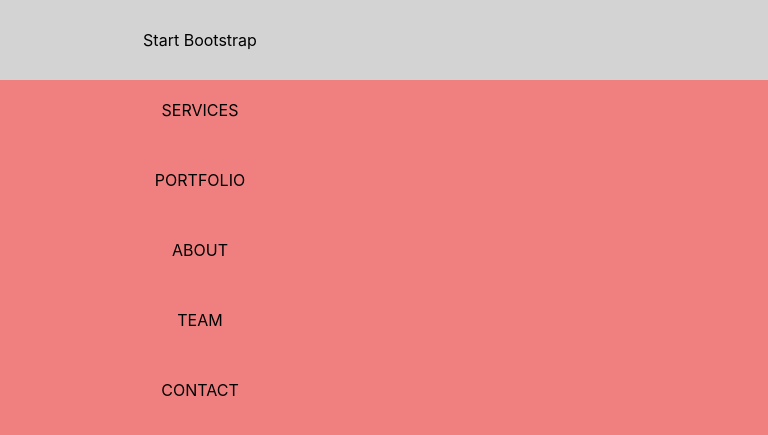
Repository: ooter37/media-queries-afternoon
Page: / (app in portfolio-clone/)
These files come from the project's save history. The page is drawn as it stood at one moment and after the next save; the edit follows.
The browser window is 768 px wide. The pictures show the whole page.
The project was rebuilt for these pictures with package versions that can differ from the ones it lists, and the page was loaded fresh each time.

Above is the page before, as saved 2020-04-13 13:58:11.

### portfolio-clone/src/App.js
import React from 'react';
import './App.css';
import Banner from './Components/Banner'

function App() {
  return (
    <div className="App">
      <Banner />
    </div>
  );
}

export default App;

### portfolio-clone/src/App.css
body {
  width: 100vw;
  background-color: lightcoral;
}

.header {
  width: 100%;
  height: 80px;
  background-color: lightgrey;
  display: flex;
}

.navbar {
  height: 100%;
  width: 100%;
  display: flex;
  align-items: center;
}

.buttons {
  width: 400px;
	display: flex;
	flex-direction: row;
	justify-content: space-between;
  align-items: center;
  position: fixed;
  top: 30px;
  right: 20px;

}

.start-bootstrap {
  width: 400px;
  position: fixed;
  display: flex;
  justify-content: center;
  position: fixed;
  top: 30px;
  left: 0px;
}

@media screen and (max-width: 991px) {

  .buttons {
    flex-direction: column;
    align-items: left;
    min-width: 300px;
    height: 300px;
    left: 0px;
    top: 100px;
  }

}

### portfolio-clone/src/Components/Banner.js
import React from 'react'



export default class Banner extends React.Component {
    constructor() {
        super()

    }
    render() {
        return (
            <header className='header'>
                <nav className='navbar'>
                    <div className='start-bootstrap'>Start Bootstrap</div>
                    <div className='buttons'>

                            <div>SERVICES</div>

                            <div>PORTFOLIO</div>

                            <div>ABOUT</div>

                            <div>TEAM</div>

                            <div>CONTACT</div>

                    </div>
                </nav>
            </header>
        )
    }
}

Loaded but not shown: portfolio-clone/public/index.html (common file); portfolio-clone/src/index.js (common file); portfolio-clone/src/index.css (common file); portfolio-clone/src/serviceWorker.js (common file)

After the next save:
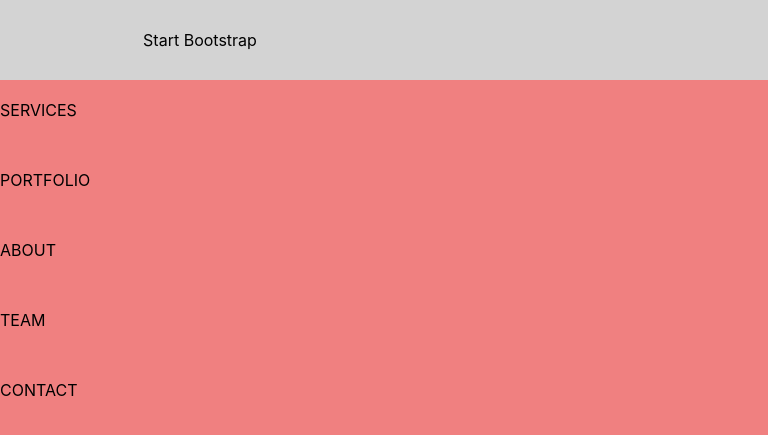
Saved 14 s later.
--- a/portfolio-clone/src/App.css
+++ b/portfolio-clone/src/App.css
@@ -43,7 +43,7 @@ body {
 
   .buttons {
     flex-direction: column;
-    align-items: left;
+    align-items: baseline;
     min-width: 300px;
     height: 300px;
     left: 0px;
